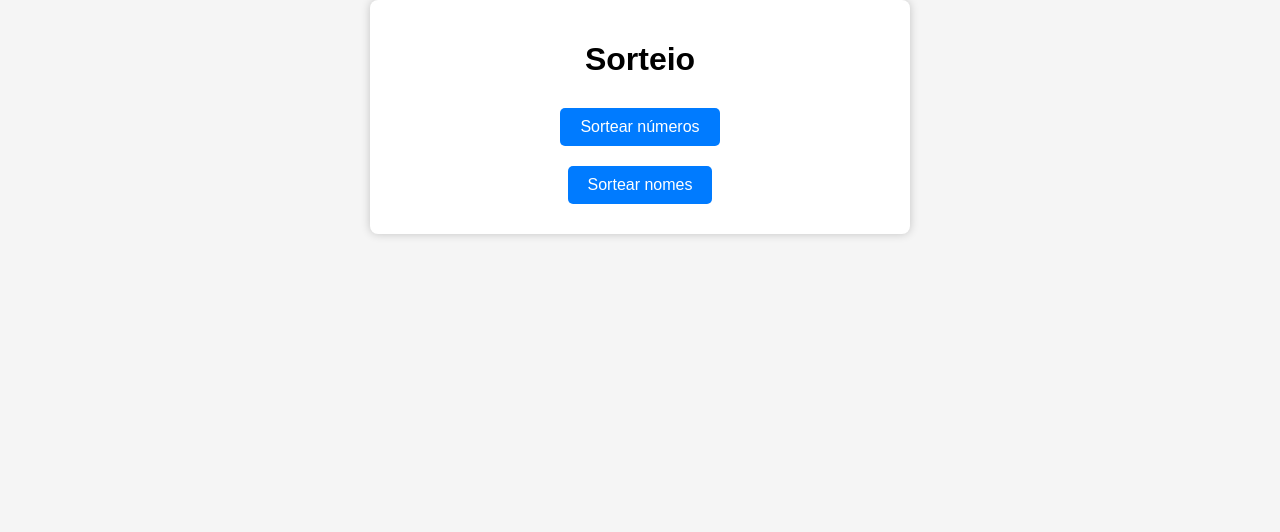
Repository: Matheus904-12/sorte
Page: index.html
An editor plug-in stored every save of this project. The page is shown before and after the next save, followed by the edit.
The browser window is 1280 px wide. The pictures show the whole page.

Above is the page before, as saved 2023-09-10 19:12:04.

After the next save:
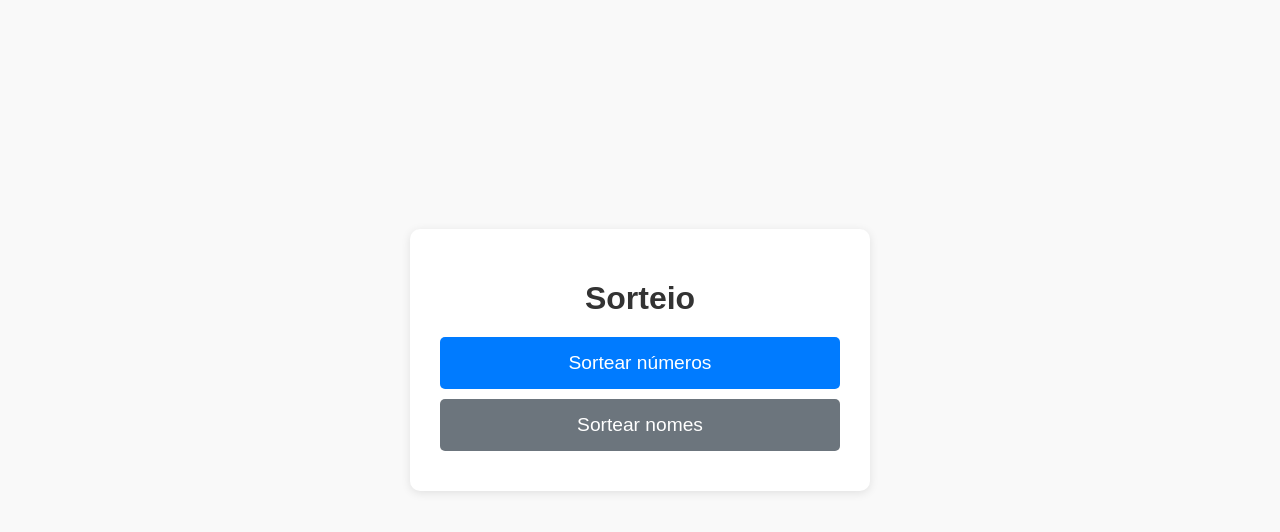
Saved 84 s later.
--- a/style.css
+++ b/style.css
@@ -1,45 +1,64 @@
-/* Reset de estilos padrão do navegador */
 body {
-  font-family: Arial, sans-serif;
+  font-family: 'Arial', sans-serif;
+  background-color: #f9f9f9;
   margin: 0;
-  padding: 0;
-  background-color: #f5f5f5;
+  display: flex;
+  justify-content: center;
+  align-items: center;
+  height: 100vh;
 }
 
 .container {
-  width: 80%;
-  max-width: 500px;
-  margin: 0 auto;
   background-color: #fff;
-  border-radius: 8px;
-  padding: 20px;
-  box-shadow: 0px 0px 10px rgba(0, 0, 0, 0.2);
+  border-radius: 10px;
+  box-shadow: 0 2px 10px rgba(0, 0, 0, 0.1);
+  padding: 30px;
+  max-width: 400px;
+  width: 100%;
+  text-align: center;
 }
 
 h1 {
   font-size: 2em;
-  text-align: center;
   margin-bottom: 20px;
+  color: #333;
 }
 
-.options {
-  display: flex;
-  flex-direction: column;
-  align-items: center;
-}
-
-.option {
-  padding: 10px 20px;
+.options a {
+  display: block;
+  text-decoration: none;
   margin: 10px 0;
+  padding: 15px 0;
+  border-radius: 5px;
   background-color: #007bff;
   color: #fff;
-  text-decoration: none;
-  cursor: pointer;
-  border-radius: 5px;
-  text-align: center;
+  font-size: 1.2em;
   transition: background-color 0.3s;
 }
 
-.option:hover {
+.options a:hover {
   background-color: #0056b3;
 }
+
+.options a:last-child {
+  background-color: #6c757d;
+}
+
+.options a:last-child:hover {
+  background-color: #545b62;
+}
+
+a.btn-secondary {
+  color: #fff;
+  border: none;
+  background-color: #6c757d;
+  border-radius: 5px;
+  text-decoration: none;
+  font-size: 1.2em;
+  padding: 10px 20px;
+  transition: background-color 0.3s;
+}
+
+a.btn-secondary:hover {
+  background-color: #545b62;
+}
